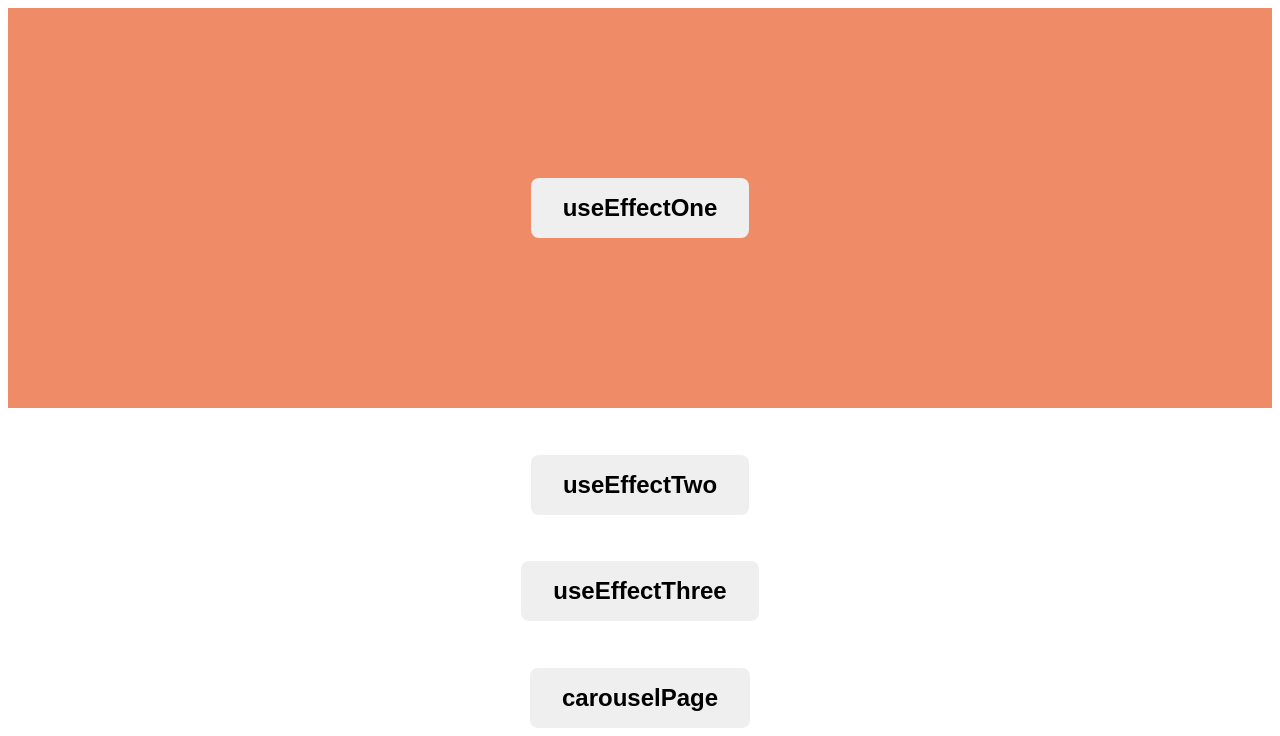
Repository: giovanabirck/class8
Page: /
An editor plug-in stored every save of this project. The page is shown before and after the next save, followed by the edit.
The browser window is 1280 px wide. The pictures show the whole page.
The project was rebuilt for these pictures with package versions that can differ from the ones it lists, and the page was loaded fresh each time. The framework's server and built-in components were replaced by stand-ins that run in the browser. Also part of the build but not shown: next.config.js.

Above is the page before, as saved 2023-02-23 17:56:04.

### pages/index.js
import Head from 'next/head'
import styles from '@/styles/Home.module.css'
import Link from 'next/link'


export default function Home() {
  return (
    <>
      <Head>
        <title>Create Next App</title>
        <meta name="description" content="Generated by create next app" />
        <meta name="viewport" content="width=device-width, initial-scale=1" />
        <link rel="icon" href="/favicon.ico" />
      </Head>

      <main className={styles.main}>

        <div className={styles.effect_one}>
          <Link href="/useEffectOne">
            <button className={styles.btn}>useEffectOne</button>
          </Link>
        </div>

        <div className={styles.effect_two}>
          <Link href="/useEffectTwo">
            <button className={styles.btn}>useEffectTwo</button>
          </Link>
        </div>

        <div className={styles.effect_three}>
          <Link href="/useEffectThree">
            <button className={styles.btn}>useEffectThree</button>
          </Link>
        </div>

        <div className={styles.carousel}>
          <Link href="/carouselPage">
            <button className={styles.btn}>carouselPage</button>
          </Link>
        </div>

      </main>
    </>
  )
}

### styles/globals.css
:root {
  --blue: #95CDF9;
  --green: #C3E0CF;
  --orange: #EF8B66;
  --white: #f4f9fd;
  --black: #222222;
  }

### styles/Home.module.css
.main {
  display: flex;
  flex-direction: column;
  justify-content: space-between;
  align-items: center;
  padding: 0rem;
  min-height: 100vh;
  font-family: Arial, Helvetica, sans-serif;
  color: var(--black);

}

.effect_one {
  background-color: var(--orange);
  width: 100%;
  height: 25rem;
  margin: 0rem;
  display: flex;
  justify-content: center;
  align-items: center;
}

.effect_one {
  background-color: var(--orange);
  width: 100%;
  height: 25rem;
  margin: 0rem;
  display: flex;
  justify-content: center;
  align-items: center;
}

.btn {
  font-weight: 900;
  font-size: 1.5rem;
  padding: 1rem 2rem;
  border-radius: 0.5rem;
  border-style: none;
}

Loaded but not shown: pages/_app.js (common file); pages/_document.js (common file)

After the next save:
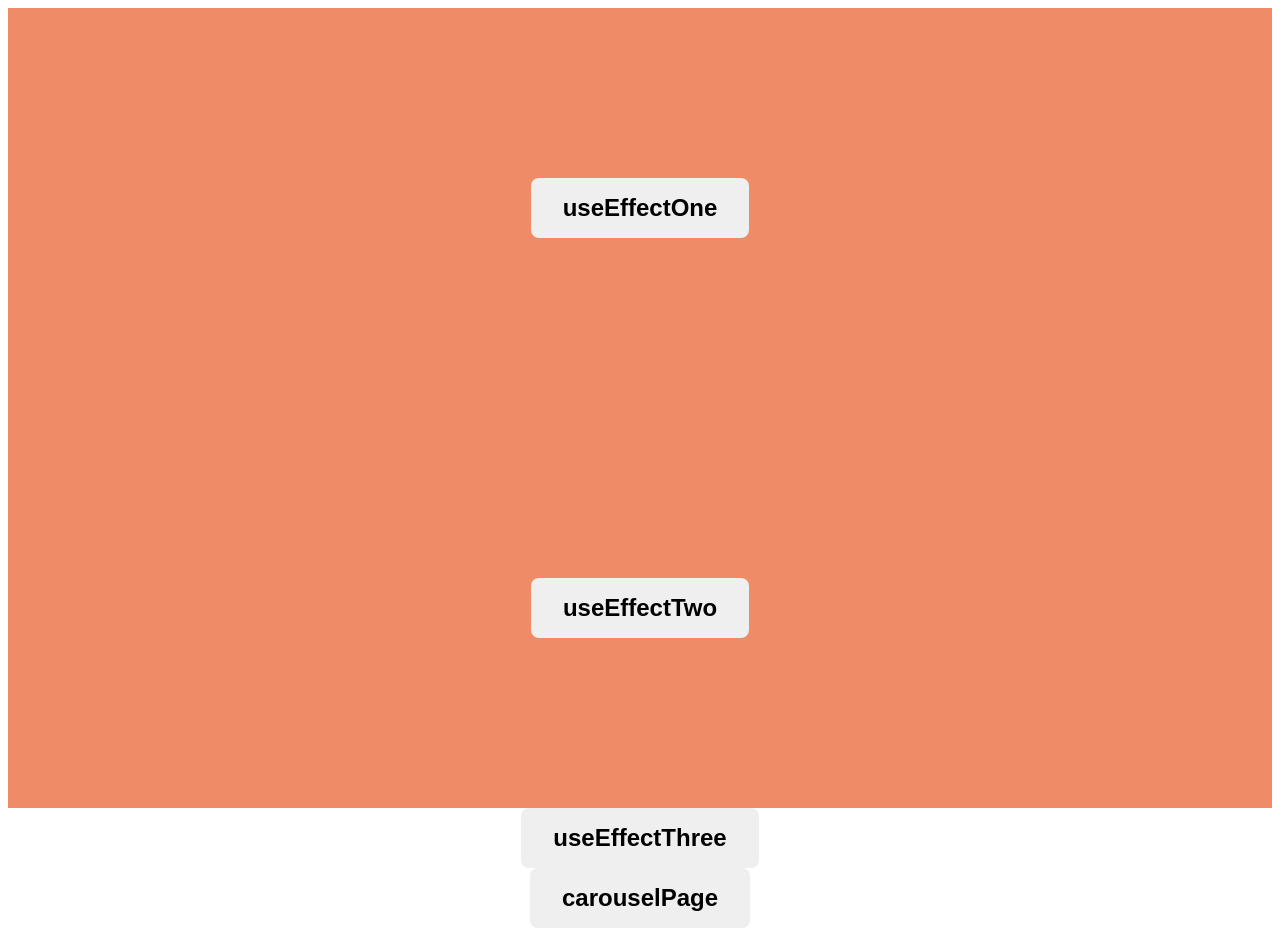
Saved 6 s later.
--- a/styles/Home.module.css
+++ b/styles/Home.module.css
@@ -20,7 +20,7 @@
   align-items: center;
 }
 
-.effect_one {
+.effect_two {
   background-color: var(--orange);
   width: 100%;
   height: 25rem;
